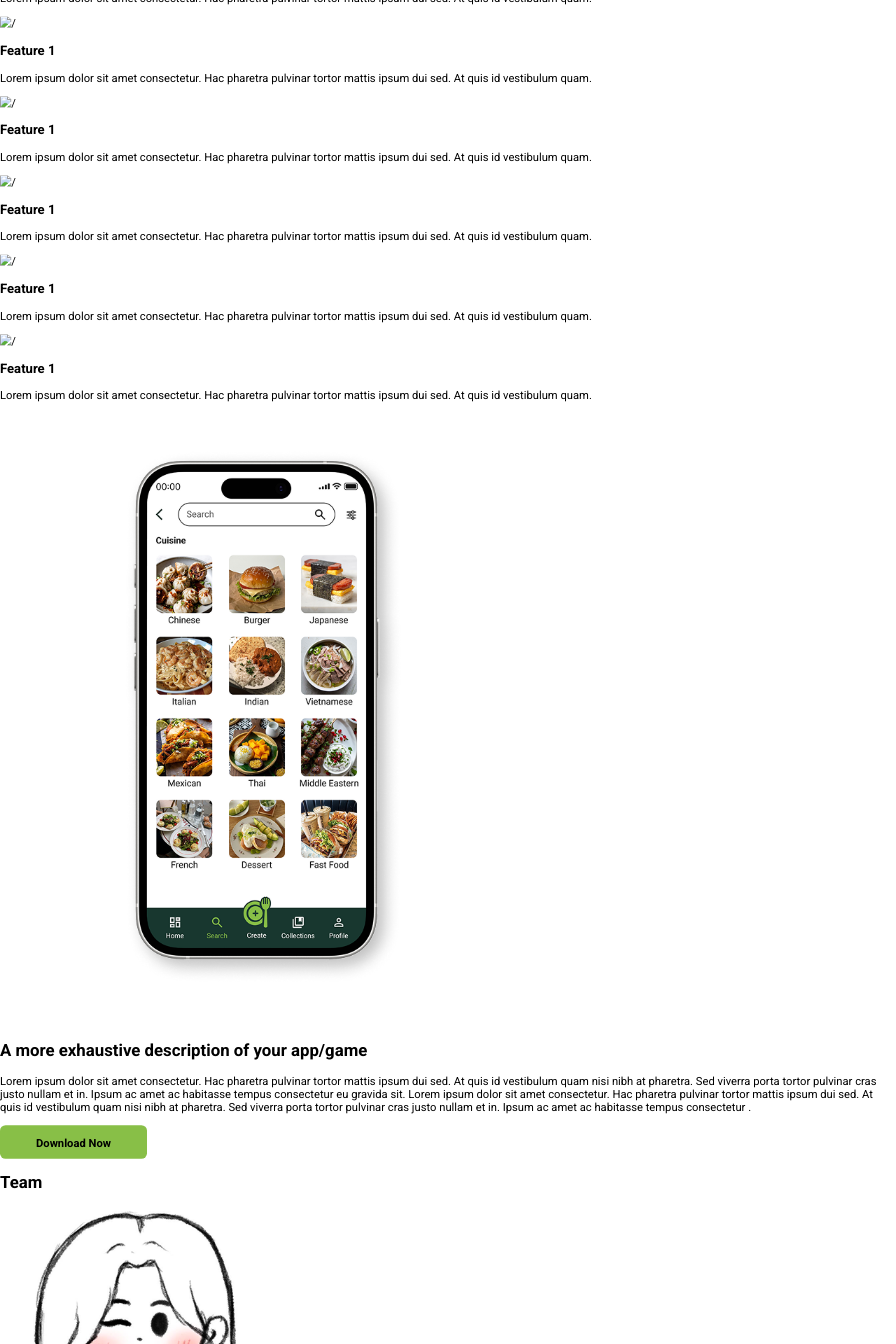
Repository: CesariaMonforte/SporkShare
Page: index.html
These files come from the project's save history. The page is drawn as it stood at one moment and after the next save; the edit follows.
The browser window is 1280 px wide. The pictures show the part of the page from y = 1599 to 3519 px (the page is 5889 px tall before and 5987 px after), at 70% of full size.
A picture or video elsewhere on the page could not be fetched, so the positions and the page height are approximate.

Above is the page before, as saved 2025-05-03 23:35:40.

### index.html
<!DOCTYPE html>
<html lang="en">
    <head>
        <meta charset="UTF-8" />
        <meta
            name="viewport"
            content="width=device-width, initial-scale=1.0" />
        <title>SporkShare</title>

        <link
            rel="stylesheet"
            href="styles.css" />

        <link
            rel="icon"
            href="img/favicon.svg"
            type="image/svg+xml" />

        <link
            rel="preconnect"
            href="https://fonts.googleapis.com" />
        <link
            rel="preconnect"
            href="https://fonts.gstatic.com"
            crossorigin />
        <link
            href="https://fonts.googleapis.com/css2?family=Roboto:ital,wght@0,100..900;1,100..900&display=swap"
            rel="stylesheet" />
    </head>
    <body>
        <div class="main">
            <div class="nav-bar">
                <a href="index.html">
                    <img
                        class="logo"
                        src="img/logo.svg"
                        alt="SporkShare - Logo" />
                </a>

                <div class="menu">
                    <a
                        class="menu-text"
                        href="/">
                        About Us
                    </a>
                    <a
                        class="menu-text"
                        href="/">
                        Features
                    </a>
                    <a
                        class="menu-text"
                        href="/">
                        Team
                    </a>
                    <a
                        class="menu-text"
                        href="/">
                        Contact
                    </a>
                </div>
            </div>

            <main class="container">
                <header class="two-column">
                    <div class="header-content">
                        <h1 class="title">Cool title</h1>
                        <p class="body">Some cool text about our app</p>
                        <a class="button">Download Now</a>
                    </div>
                    <div>
                        <img
                            class="img-graphic"
                            src="images/dashboard.png"
                            alt="SporkShare - Screen" />
                    </div>
                </header>
            </main>
        </div>
        <div class="about_us">
            <div class="info_box">
                <h2 class="info_header">About us</h2>
                <p class="info_description">
                    Embedded promotional video (IDSP-10) [4] About section/page
                    to introduce team members and their roles.
                </p>

            </div>
            <video class="promotional_video" controls>
                <source src="movie.mp4" type="video/mp4">
                <source src="movie.ogg" type="video/ogg">
              Your browser does not support the video tag.
              </video>
        </div>
        <div class="features">
            <div class="features_sub">
                <div class="info_box">
                    <h2 class="info_header">
                        Features app - sell your app! +additional
                    </h2>
                </div>

                <div class="features_main">
                    <div class="feature_item">
                        <img
                            src="/"
                            alt="/"
                            class="feature_item_img"/>
                        <h3 class="feature_title">Feature 1</h3>
                        <p class="feature_description">
                            Lorem ipsum dolor sit amet consectetur. Hac pharetra
                            pulvinar tortor mattis ipsum dui sed. At quis id
                            vestibulum quam.
                        </p>
                    </div>
                    <div class="feature_item">
                        <img
                        src="/"
                        alt="/"
                        class="feature_item_img"/>
                    <h3 class="feature_title">Feature 1</h3>
                    <p class="feature_description">
                        Lorem ipsum dolor sit amet consectetur. Hac pharetra
                        pulvinar tortor mattis ipsum dui sed. At quis id
                        vestibulum quam.
                    </p>
                    </div>
                    <div class="feature_item">
                        <img
                        src="/"
                        alt="/"
                        class="feature_item_img"/>
                    <h3 class="feature_title">Feature 1</h3>
                    <p class="feature_description">
                        Lorem ipsum dolor sit amet consectetur. Hac pharetra
                        pulvinar tortor mattis ipsum dui sed. At quis id
                        vestibulum quam.
                    </p>
                    </div>
                    <div class="feature_item">
                        <img
                            src="/"
                            alt="/"
                            class="feature_item_img"/>
                        <h3 class="feature_title">Feature 1</h3>
                        <p class="feature_description">
                            Lorem ipsum dolor sit amet consectetur. Hac pharetra
                            pulvinar tortor mattis ipsum dui sed. At quis id
                            vestibulum quam.
                        </p>
                    </div>
                    <div class="feature_item">
                        <img
                        src="/"
                        alt="/"
                        class="feature_item_img"/>
                    <h3 class="feature_title">Feature 1</h3>
                    <p class="feature_description">
                        Lorem ipsum dolor sit amet consectetur. Hac pharetra
                        pulvinar tortor mattis ipsum dui sed. At quis id
                        vestibulum quam.
                    </p>
                    </div>
                    <div class="feature_item">
                        <img
                        src="/"
                        alt="/"
                        class="feature_item_img"/>
                    <h3 class="feature_title">Feature 1</h3>
                    <p class="feature_description">
                        Lorem ipsum dolor sit amet consectetur. Hac pharetra
                        pulvinar tortor mattis ipsum dui sed. At quis id
                        vestibulum quam.
                    </p>
                    </div>
            </div>


            <div class="features_highlight">
                <img
                    src="images/search.png"
                    alt="mockup"
                    class="screen_mockup_img"/>
                <div class="features_highlight_info">
                    <h2 class="features_highlight_title">A more exhaustive description of your app/game</h2>
                    <p class="features_highlight_description">
                        Lorem ipsum dolor sit amet consectetur. Hac pharetra
                        pulvinar tortor mattis ipsum dui sed. At quis id
                        vestibulum quam nisi nibh at pharetra. Sed viverra porta
                        tortor pulvinar cras justo nullam et in. Ipsum ac amet
                        ac habitasse tempus consectetur eu gravida sit. Lorem
                        ipsum dolor sit amet consectetur. Hac pharetra pulvinar
                        tortor mattis ipsum dui sed. At quis id vestibulum quam
                        nisi nibh at pharetra. Sed viverra porta tortor pulvinar
                        cras justo nullam et in. Ipsum ac amet ac habitasse
                        tempus consectetur .
                    </p>
                </div>
                <button class="button">Download Now</button>
            </div>
        </div>
        <div class="team">
            <div class="info_box">
                <h2 class="info_header">Team</h2>
            </div>
            <div class="team_item">
                <div class="team_item_background">
                    <img
                    src="images/angie.png"
                    alt="team member image"
                    class="team_member_img"/></div>
                <h3 class="team_item_title">Angie Duong</h3>
                <p class="team_item_role">Role, function, something cool?</p>
            </div>
            <div class="team_item">
                <div class="team_item_background">
                    <img
                    src="images/bonnie.png"
                    alt="team member image"
                    class="team_member_img"/></div>
                <h3 class="team_item_title">Angie Duong</h3>
                <p class="team_item_role">Role, function, something cool?</p>
            </div>
            <div class="team_item">
                <div class="team_item_background">
                    <img
                    src="images/bruna.png"
                    alt="team member image"
                    class="team_member_img"/></div>
                <h3 class="team_item_title">Angie Duong</h3>
                <p class="team_item_role">Role, function, something cool?</p>
            </div>
            <div class="team_item">
                <div class="team_item_background">
                    <img
                    src="images/cesaria.png"
                    alt="team member image"
                    class="team_member_img"/></div>
                <h3 class="team_item_title">Angie Duong</h3>
                <p class="team_item_role">Role, function, something cool?</p>
            </div>
            <div class="team_item">
                <div class="team_item_background">
                    <img
                    src="images/cesaria.png"
                    alt="team member image"
                    class="team_member_img"/></div>
                <h3 class="team_item_title">Angie Duong</h3>
                <p class="team_item_role">Role, function, something cool?</p>
            </div>
        </div>


        <footer class="footer">
            <div class="three-column">
                <div class="Contact_Us">
                    <form class="contact_Us--form">
                        <div class="">
                            <input
                                class="form_input"
                                type="text"
                                placeholder="Your name"
                                id="name"
                                required />
                            <input
                                class="form_input"
                                type="text"
                                placeholder="Your email"
                                id="email"
                                required />
                        </div>
                        <div>
                            <textarea class="form_input">Your message</textarea>
                        </div>
                        <button class="button">send</button>
                    </form>

                </div>
                <div class="logo">
                    <a href="index.html">
                        <img
                            class="logo_img"
                            src="/"
                            alt="Mosaic - Horizontal Logo - Negative" />
                    </a>
                </div>
                <div class="project_info">
                    <h2 class="project_title">Academic Project</h2>
                    <p class="project_description">
                        Project 1 - Wim Teuling BCIT – Digital Design and
                        Development
                    </p>
                    <p class="project_description">
                        This project was developed for educational purposes
                        only, May 2025.
                    </p>
                </div>
                <div class="project_info">
                    <h2 class="project_title">Team members</h2>
                    <p class="project_description">
                        Angie Duong Boonie Wan Bruna Guarizo Cesaria Monforte
                        Sandy Chow
                    </p>
                </div>

            </div>
            <p class="footer-text">© 2025 Mosaic. All rights reserved.</p>
        </footer>
    </body>
</html>

### styles.css
/* ------------------------------------------------------ GENERAL STYLES ------------------------------------------------------ */
html,
body {
    width: 100%;
    height: 100%;
    margin: 0;
    padding: 0;
    font-family: var(--font-family);
    box-sizing: border-box;
}

*,
*::before,
*::after {
    box-sizing: inherit;
}

html {
    display: flex;
    justify-content: center;
    align-items: center;
    height: 100%;
}

.main {
    margin-top: var(--space-extra-large);
    margin-bottom: var(--space-extra-large);
}

.container {
    display: grid;
    grid-template-columns: 1fr;
    gap: var(--space-large);
    width: 100%;
    max-width: 1512px;
    box-sizing: border-box;
    margin: 0 auto;
    padding: 0 var(--space-large);
    overflow: hidden;
    padding-bottom: var(--space-large);
}

.two-column {
    display: grid;
    grid-template-columns: 1fr 1fr;
    gap: var(--space-large);
}

.three-column {
    display: grid;
    grid-template-columns: 1fr 1fr 1fr;
    gap: auto;
}

.four-column {
    display: grid;
    grid-template-columns: 0.5fr 1fr 0.5fr 1fr;
    align-items: center;
    max-width: 1512px;
    box-sizing: border-box;
}

.two-column-styled {
    display: grid;
    grid-template-columns: auto 1fr;
    gap: var(--space-large);
    align-items: center;
}

/* ----- BUTTON ----- */

.button {
    background-color: var(--green-secondary);
    font-family: var(--font-family);
    font-size: var(--space-regular);
    font-weight: var(--font-style-bold);
    padding: var(--space-regular) var(--space-large);
    border: none;
    border-radius: var(--space-small);
    cursor: pointer;
    height: var(--space-large);
    width: 210px;
}

.button:hover {
    background-color: var(--green-primary);
    color: var(--green-secondary);
}

/* ----- NAV BAR ----- */
.nav-bar {
    display: flex;
    width: 100%;
    height: 80px;
    padding: 0 var(--space-large);
    justify-content: space-between;
    align-items: center;
    background-color: var(--green-primary);
    position: fixed;
    top: 0;
    left: 0;
    right: 0;
    z-index: 1000;
    display: flex;
    align-items: center;
    gap: var(--space-large);
    color: var(--white);
    font-size: var(--font-small);
    font-weight: var(--font-style-normal);
    text-decoration: none;
}

.menu {
    display: flex;
    align-items: center;
    gap: var(--space-large);
}

.menu-text {
    color: var(--white);
    font-size: var(--font-small);
    font-weight: var(--font-style-normal);
    text-decoration: none;
}

.menu-text:hover {
    font-weight: var(--font-style-bold);
    color: var(--green-secondary);
}

/* ----- HEADER ----- */
.header-content {
    display: flex;
    flex-direction: column;
    gap: var(--space-regular);
}

.title {
    font-family: var(--font-family);
    font-size: var(--font-xxlarge);
    color: var(--black);
    margin: 0;
    padding: 0;
}

.body {
    font-family: var(--font-family);
    font-size: var(--font-regular);
    color: var(--black);
    margin: 0;
    padding: 0;
}

/* ----- FOOTER ----- */
.footer {
    display: flex;
    width: 100%;
    height: 80px;
    padding: 0 var(--space-large);
    justify-content: space-between;
    align-items: center;
    background-color: var(--green-900);
}

.footer .two-column {
    display: flex;
    justify-content: space-between;
    width: 100%;
    align-items: center;
}

.footer-text {
    color: var(--white);
    text-align: right;
    margin-left: auto;
}

/* ------------------------------------------------------ VARIABLES ------------------------------------------------------ */
:root {
    /* ----- COLORS ----- */
    --green-primary: #18372f;
    --green-50: #e8ebea;
    --green-900: #0a1714;
    --white: #ffffff;
    --black: #141414;
    --grey-400: #434343;
    --green-secondary: #88bf47;
    --orange-secondary: #f36c2c;
    --neutral-secondary: #eeecdf;

    /* ----- TYPE ----- */
    --font-family: "Roboto", sans-serif;
    --font-xxlarge: 88px;
    --font-large: 30px;
    --font-medium: 24px;
    --font-regular: 20px;
    --font-small: 16px;

    --font-style-normal: normal;
    --font-style-bold: bold;

    --line-height-xxlarge: 100px;
    --line-height-large: 36px;
    --line-height-medium: 28px;
    --line-height-small: 20px;

    /* ----- SPACING ----- */
    --space-small: 8px;
    --space-regular: 16px;
    --space-medium: 32px;
    --space-large: 48px;
    --space-extra-large: 140px;
}

After the next save:
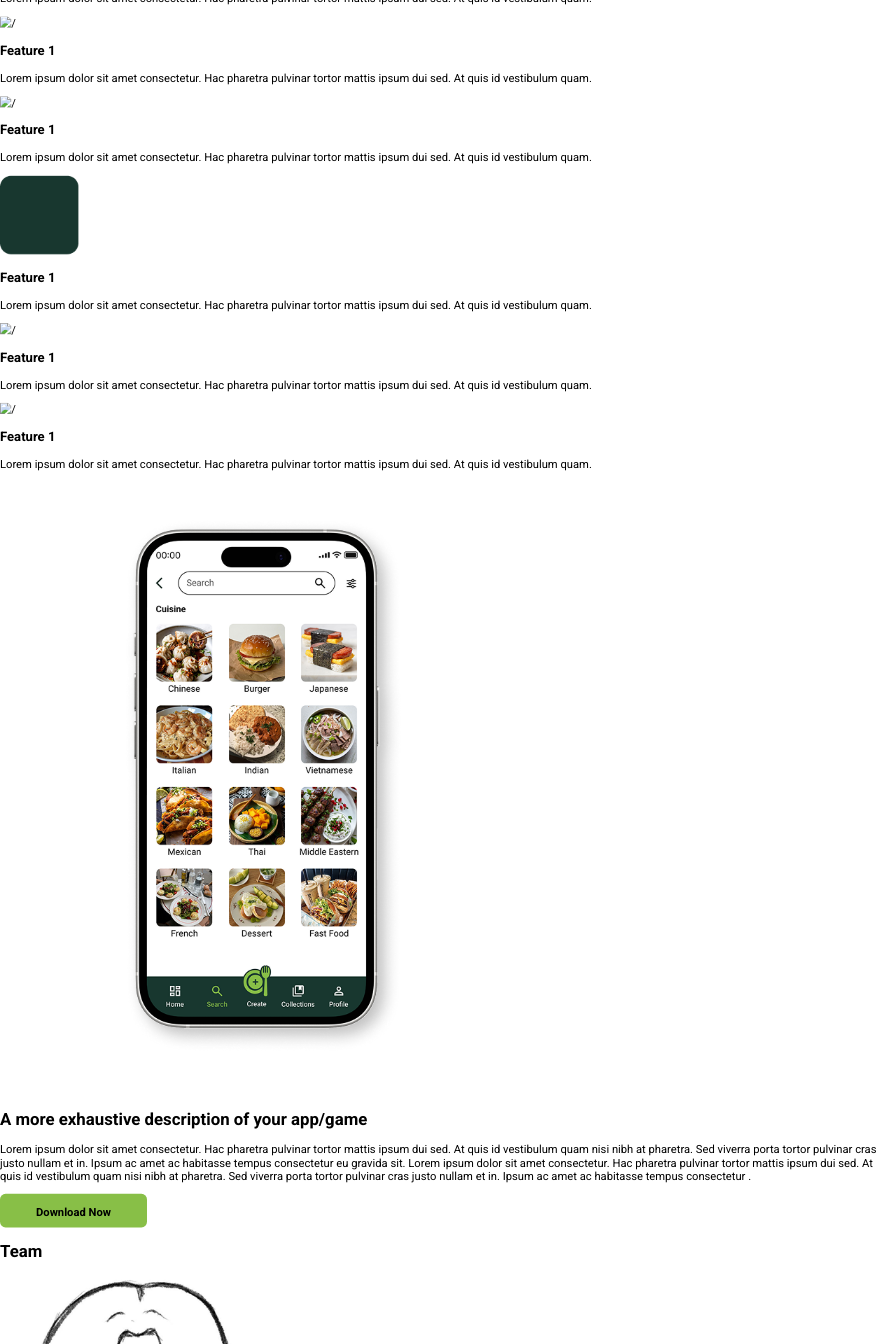
Saved 55 s later.
--- a/index.html
+++ b/index.html
@@ -139,7 +139,7 @@
                     </div>
                     <div class="feature_item">
                         <img
-                            src="/"
+                            src="images/placeholder.png"
                             alt="/"
                             class="feature_item_img"/>
                         <h3 class="feature_title">Feature 1</h3>
